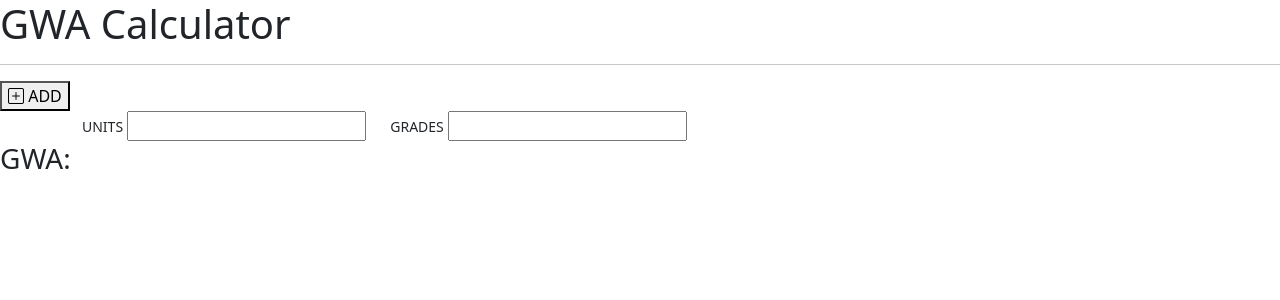
Repository: yonora/GWACalculator
Page: index.html
These files come from the project's save history. The page is drawn as it stood at one moment and after the next save; the edit follows.
The browser window is 1280 px wide. The pictures show the whole page.

Above is the page before, as saved 2025-01-04 22:57:16.

After the next save:
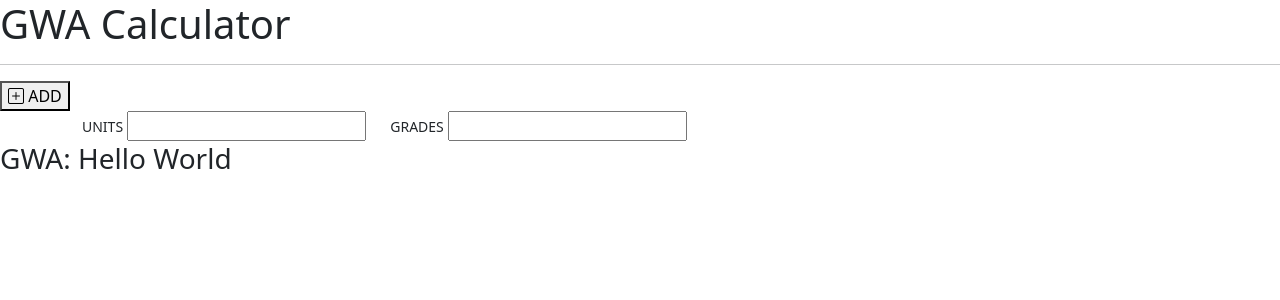
Console error: TypeError: document.onload is not a function
Saved 3 min 18 s later.
--- a/index.html
+++ b/index.html
@@ -25,5 +25,8 @@
         </div>
     </div>
     <h3>GWA: <span id="gwa"></span></h3>
+    <script>
+        document.onload(compute());
+    </script>
 </body>
 </html>
